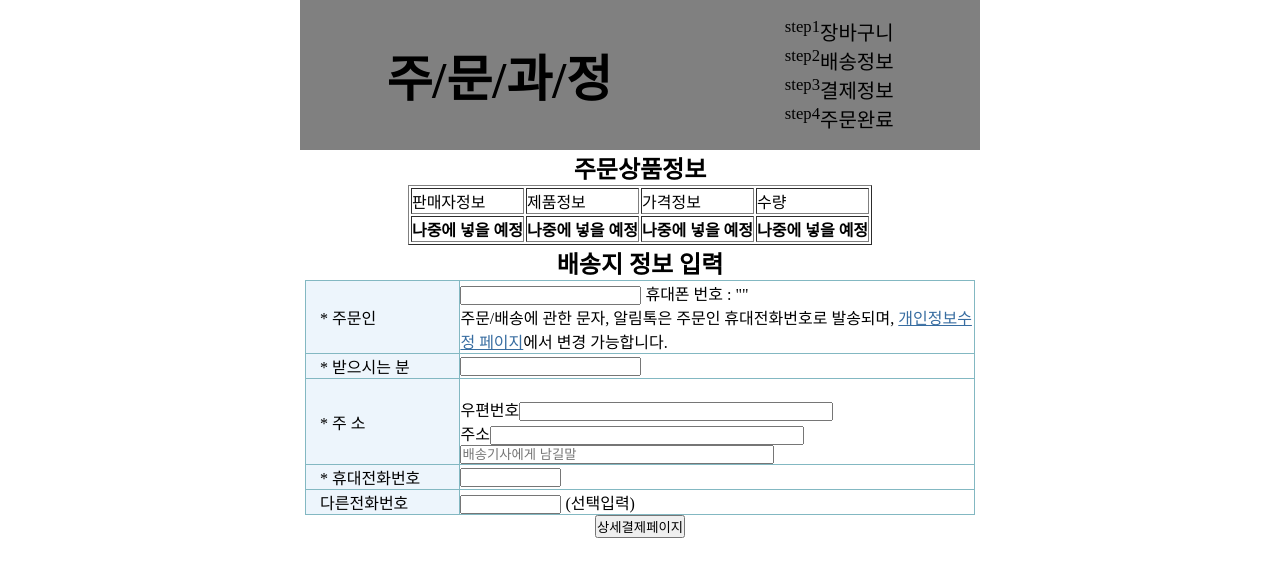
Repository: kym-1000/book
Page: http://localhost/book/WEB-INF/views/cart/ShippingInformation.jsp
An editor plug-in stored every save of this project. The page is shown before and after the next save, followed by the edit.
The browser window is 1280 px wide. The pictures show the whole page.
The page is served by Tomcat 9. Nobody is signed in. Other server files are loaded and not shown. The template is opened directly, without the code that normally fills it, so the values that code supplies are empty.

Above is the page before, as saved 2023-01-03 08:52:24.

### book/book/src/main/webapp/WEB-INF/views/cart/ShippingInformation.jsp
<%@ page language="java" contentType="text/html; charset=UTF-8"
    pageEncoding="UTF-8"%>
<%@ taglib uri="http://java.sun.com/jsp/jstl/core" prefix="c" %>

<!DOCTYPE html>
<html>
<head>
<meta charset="UTF-8">
<title>Insert title here</title>
<style type="text/css">


	*{
		margin: auto;
		padding: 0;
		}

	#productinfo{
		margin-left: 150px;
		margin-right: 150px;
		display : flex;
		align-items : center;
		}

	#DefaultAddr{
		margin-left: 150px;
		margin-right: 150px;
		display : flex;
		align-items : center;
		}

	#productprice{
		margin-left: 600px;
		margin-right: 600px;
		display : flex;
		align-items : center;
		border: 1 solid;
		text-align: center;
	}

	#btn{
		text-align: center;
		align-items : center;
		display : flex;
	}



</style>
</head>
<body>


<jsp:include page="../cart/cartheader.jsp"></jsp:include>

		<h2 style="text-align: center;">
			주문상품정보
		</h2>

	<div id="productinfo">
		<table border="1">
			<tr>
				<td>판매자정보</td>
				<td>제품정보</td>
				<td>가격정보</td>
				<td>수량</td>
			</tr>
			<tr>
				<th>나중에 넣을 예정</td>
				<th>나중에 넣을 예정</td>
				<th>나중에 넣을 예정</td>
				<th>나중에 넣을 예정</td>
			</tr>
		</table>
	</div>

	<h2 style="text-align: center;">배송지 정보 입력</h2>

	<form action="/cart/pay?mn=1" method="post">

		<div id="DefaultAddr">
			<table id="Table1" cellspacing="1" cellpadding="3" width="670" bgcolor="#83b8c2" border="0" align="center">
				<tbody>
				<tr>
					<td  bgcolor="#edf5fc" style="padding-left:14px; text-align: left; width: 23%"><span class="warning">* </span>주문인</td>
					<td bgcolor="#ffffff">
						<input type="text" name="OrdererName" class="form" value="${mvo.mem_id}" maxlength="20">

						 휴대폰 번호 : "${mvo.mem_cell_num}" <br>주문/배송에 관한 문자, 알림톡은 주문인 휴대전화번호로 발송되며,  <a style="color:#386da1" href="#" target="_blank">개인정보수정 페이지</a>에서 변경 가능합니다.

					</td>
				</tr>
				<tr>
					<td bgcolor="#edf5fc" style="padding-left:14px; text-align: left; width: 23%"><span class="warning">* </span>받으시는 분</td>
					<td bgcolor="#ffffff"><input class="form" type="text" maxlength="20" value="${mvo.mem_id}" name="ReceiverName">

					</td>
				</tr>

				<tr>
					<td bgcolor="#edf5fc" style="padding-left:14px; text-align: left; width: 23%"><span class="warning">*</span>
						주 소</td>
					<td bgcolor="#ffffff">
							<br>
							우편번호<input type="text" id="Address1" name="Address1" class="form" style="width:310px" maxlength="100" readonly="readonly" value="">
							<br>
							주소<input type="text" id="Address1" name="Address1" class="form" style="width:310px" maxlength="100" readonly="readonly" value="${mvo.mem_ad}">
							<br>
							<input type="text" id="Address2" name="Address2" class="form" style="width:310px" maxlength="100" value="" placeholder="배송기사에게 남길말">

					</td>
				</tr>
				<tr>
					<td bgcolor="#edf5fc" style="padding-left:14px; text-align: left; width: 23%"><span class="warning">* </span>휴대전화번호</td>
					<td bgcolor="#ffffff">
					<input class="form" type="text" maxlength="10" size="10" name="Hp1" value="${mvo.mem_cell_num}" readonly="readonly">



					</td>
				</tr>
				<tr>
					<td bgcolor="#edf5fc" style="padding-left:14px; text-align: left; width: 23%">
						다른전화번호</td>
					<td bgcolor="#ffffff">
					  <input class="form" type="text" maxlength="10" size="10" name="Tel3" value=""> (선택입력)</td>
				</tr>
				</tbody></table>
		</div>


		<button type="submit" id="btn" >상세결제페이지</button>

		</form>




</body>
</html>

### book/book/src/main/webapp/WEB-INF/views/cart/cartheader.jsp
<%@ page language="java" contentType="text/html; charset=UTF-8"
    pageEncoding="UTF-8"%>
<%@ taglib uri="http://java.sun.com/jsp/jstl/core" prefix="c" %>
<!DOCTYPE html>
<html>
<head>
<meta charset="UTF-8">
<title>Insert title here</title>
<style type="text/css">

	#pagetop{
		margin-left: 300px;
		margin-right: 300px;
	    background-color: grey;
	    font-size: 20px;
		height: 150px;
		display : flex;
	  	/* justify-content : center; */
	  	align-items : center;
	}

</style>
</head>
<body>

	<div id="pagetop">
		<h2 style="text-align: left; font-size: 50px">
			주/문/과/정
		</h2>
		<div style="text-align: right;">

		<c:choose >
		<c:when test="${msg eq 1}">
		<div style="color: red">
		<sup>step1</sup>장바구니
		</div>
		</c:when>
		<c:otherwise>
		<div>
		<sup>step1</sup>장바구니
		</div>
		</c:otherwise>
		</c:choose>

		<c:choose>
		<c:when test="${msg eq 2}">
		<div style="color: red">
		<sup>step2</sup>배송정보
		</div>
		</c:when>
		<c:otherwise>
		<div>
		<sup>step2</sup>배송정보
		</div>
		</c:otherwise>
		</c:choose>

		<c:choose>
		<c:when test="${msg eq 3}">
		<div style="color: red">
		<sup>step3</sup>결제정보
		</div>
		</c:when>
		<c:otherwise>
		<div>
		<sup>step3</sup>결제정보
		</div>
		</c:otherwise>
		</c:choose>

		<c:choose>
		<c:when test="${msg eq 4}">
		<div style="color: red">
		<sup>step4</sup>주문완료
		</div>
		</c:when>
		<c:otherwise>
		<div>
		<sup>step4</sup>주문완료
		</div>
		</c:otherwise>
		</c:choose>

		</div>
	</div>

</body>
</html>

After the next save:
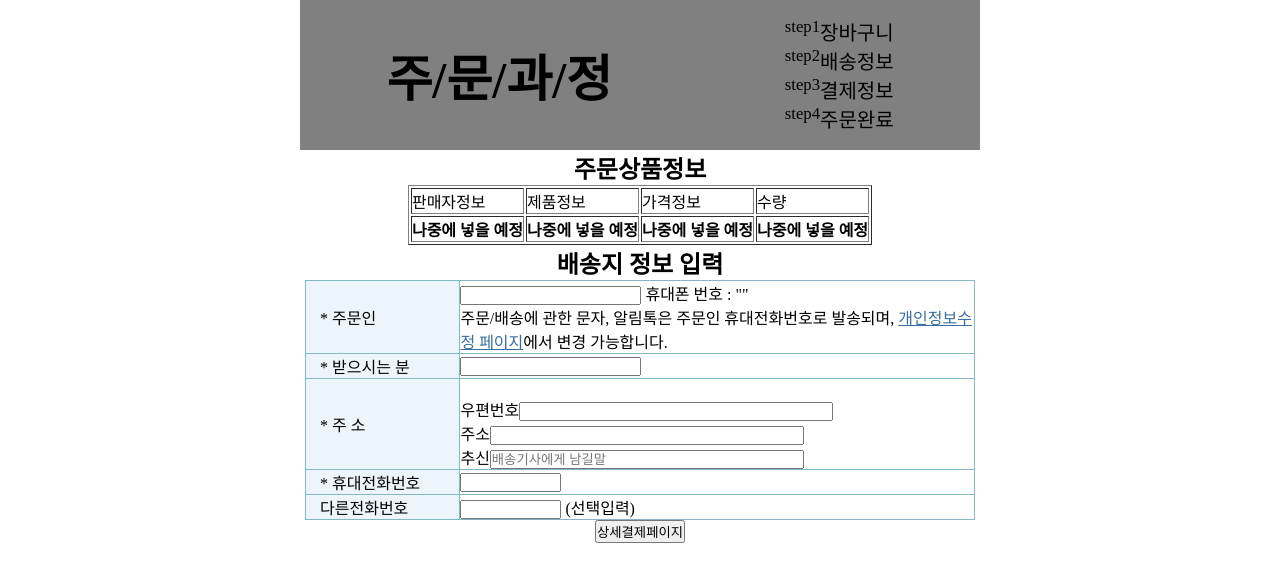
Saved 7 s later.
--- a/book/book/src/main/webapp/WEB-INF/views/cart/ShippingInformation.jsp
+++ b/book/book/src/main/webapp/WEB-INF/views/cart/ShippingInformation.jsp
@@ -106,7 +106,7 @@
 							<br>
 							주소<input type="text" id="Address1" name="Address1" class="form" style="width:310px" maxlength="100" readonly="readonly" value="${mvo.mem_ad}">
 							<br>
-							<input type="text" id="Address2" name="Address2" class="form" style="width:310px" maxlength="100" value="" placeholder="배송기사에게 남길말">
+							추신<input type="text" id="Address2" name="Address2" class="form" style="width:310px" maxlength="100" value="" placeholder="배송기사에게 남길말">
 
 					</td>
 				</tr>
